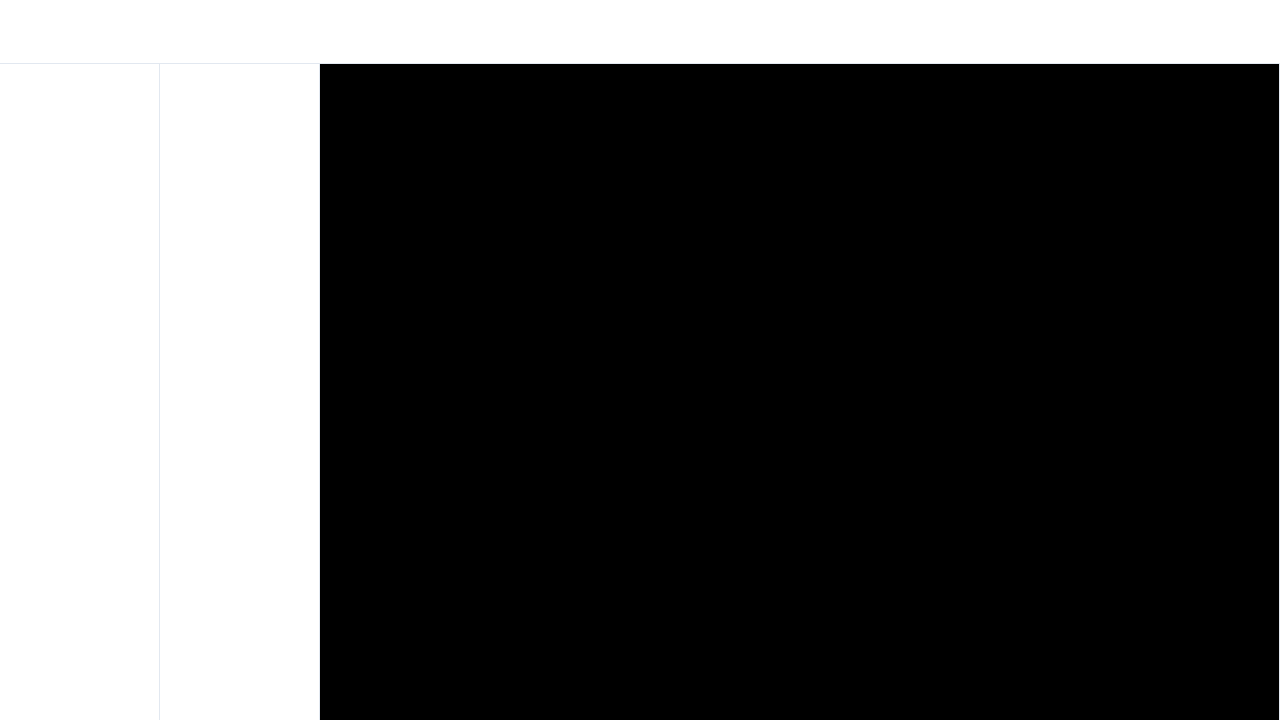
Repository: VictorJPimentel/Resume-Matcher
Page: / (app in frontend/)
The author's editor kept a copy of each file at every save. The page is drawn from the files as they stood at one save, then again after the next save.
The browser window is 1280 px wide. The pictures show the whole page.
The project was rebuilt for these pictures with package versions that can differ from the ones it lists, and the page was loaded fresh each time. Also part of the build but not shown: frontend/src/components/FileUpload.jsx.

Above is the page before, as saved 2022-08-09 20:02:53.

After the next save:
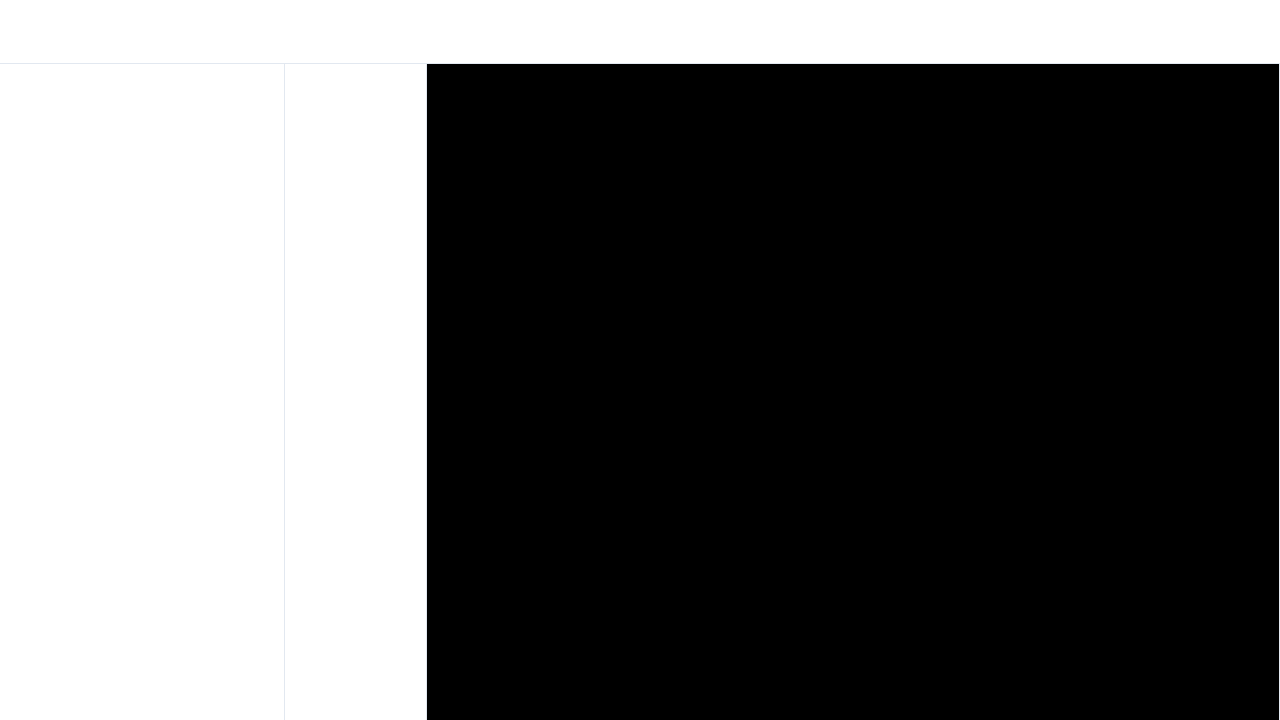
Saved 12 s later.
--- a/frontend/src/components/Filters.jsx
+++ b/frontend/src/components/Filters.jsx
@@ -4,7 +4,7 @@ import { NavLink, useLocation } from "react-router-dom";
 function Filter() {
   return (
     <div
-      className="flex flex-col z-40 left-0 top-0 h-full no-scrollbar w-1/6 border-r border-slate-200
+      className="flex flex-col z-40 left-0 top-0 h-full no-scrollbar w-2/6 border-r border-slate-200
        "
     ></div>
   );
